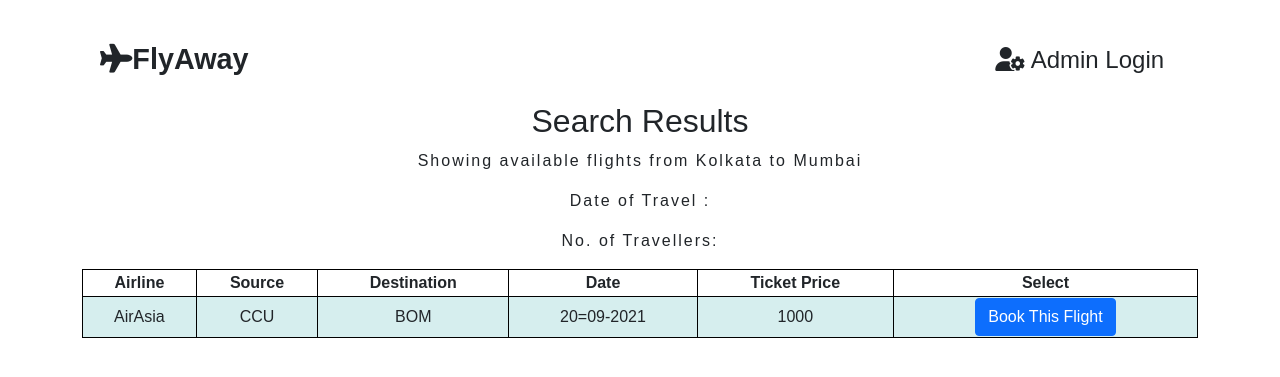
Repository: Niks4u2/FlyAway
Page: http://localhost/flyaway/search-results.jsp
These files come from the project's save history. The page is drawn as it stood at one moment and after the next save; the edit follows.
The browser window is 1280 px wide. The pictures show the whole page.
Some web fonts or font styles are not loaded; a fallback is used. Some web libraries are served in a nearby version. The page is served by Tomcat 10.

Above is the page before, as saved 2021-09-27 10:53:14.

After the next save:
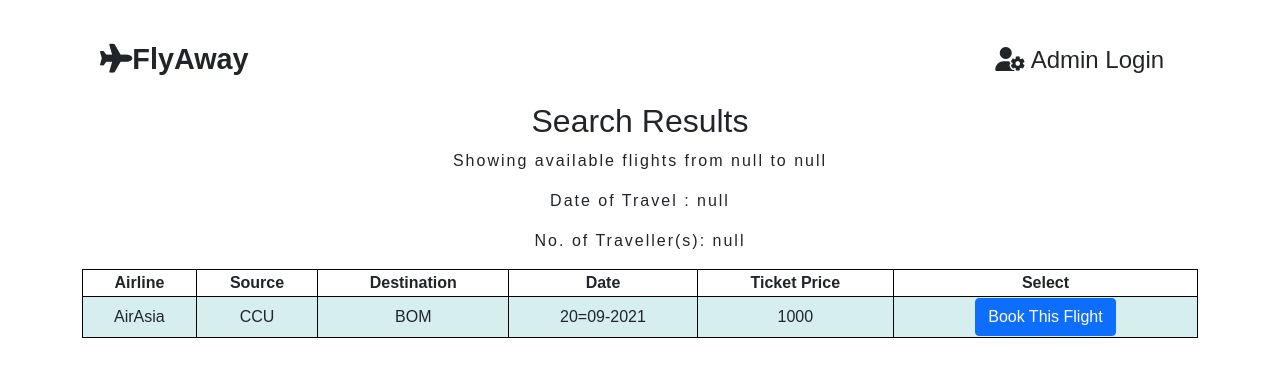
Saved 4 s later.
--- a/Source Code/flyaway/src/main/webapp/search-results.jsp
+++ b/Source Code/flyaway/src/main/webapp/search-results.jsp
@@ -96,9 +96,9 @@ table, th, td {
 			</div>
 			<div class="col-md-12 text-center text-dark">
 				<h2>Search Results</h2>
-                <p>Showing available flights from Kolkata to Mumbai</p>
-                <p>Date of Travel : </p>
-                <p>No. of Travellers: </p>
+                <p>Showing available flights from <%= session.getAttribute("source") %> to <%= session.getAttribute("destination") %></p>
+                <p>Date of Travel : <%= session.getAttribute("date") %> </p>
+                <p>No. of Traveller(s): <%= session.getAttribute("travellers") %> </p>
 			</div>
 
 		</div>
